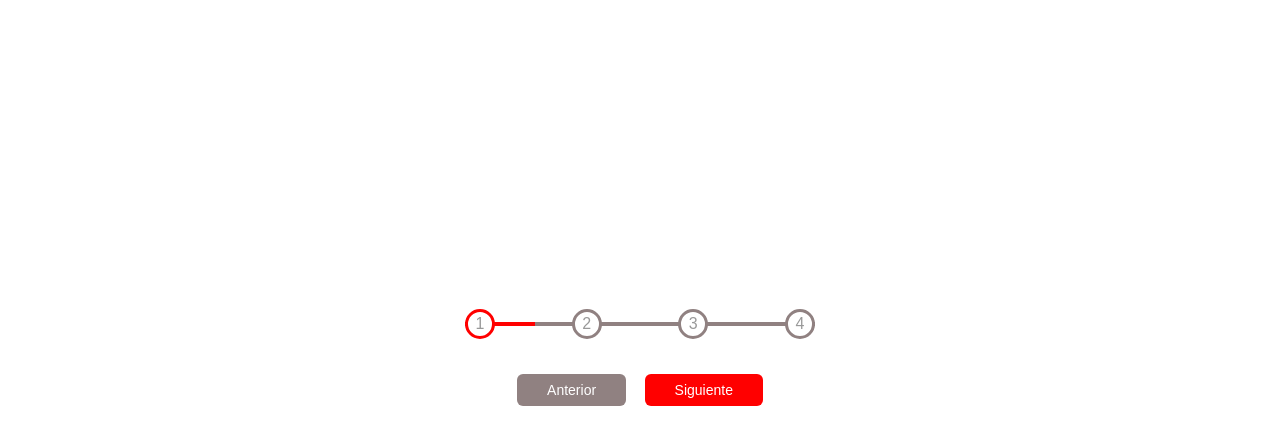
Repository: ElideZavala/Linea-de-tiempo
Page: index.html
These files come from the project's save history. The page is drawn as it stood at one moment and after the next save; the edit follows.
The browser window is 1280 px wide. The pictures show the whole page.
After loading, the first visible `#next` was clicked once.
Some web fonts or font styles are not loaded; a fallback is used.

Above is the page before, as saved 2021-05-28 08:37:46.

After the next save:
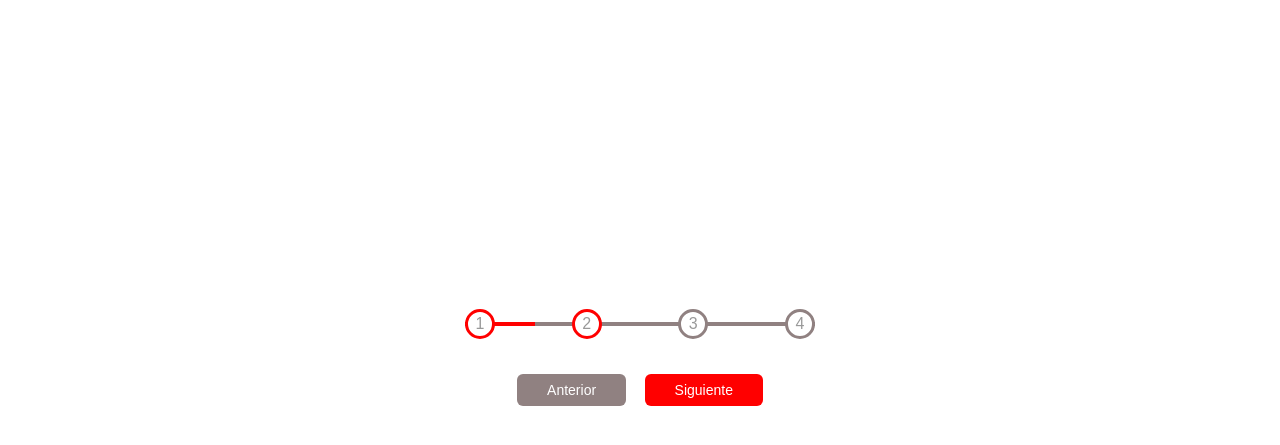
Saved 2 min 48 s later.
--- a/script.js
+++ b/script.js
@@ -27,6 +27,10 @@ prev.addEventListener('click', () => {
 
 function update() {
 	circles.forEach((circle, idx) => {
-		console.log(idx, circle)
+		if (idx < currentActive) {
+			circle.classList.add('active');
+		} else {
+			circle.classList.remove('active');
+		}
 	})
 }
